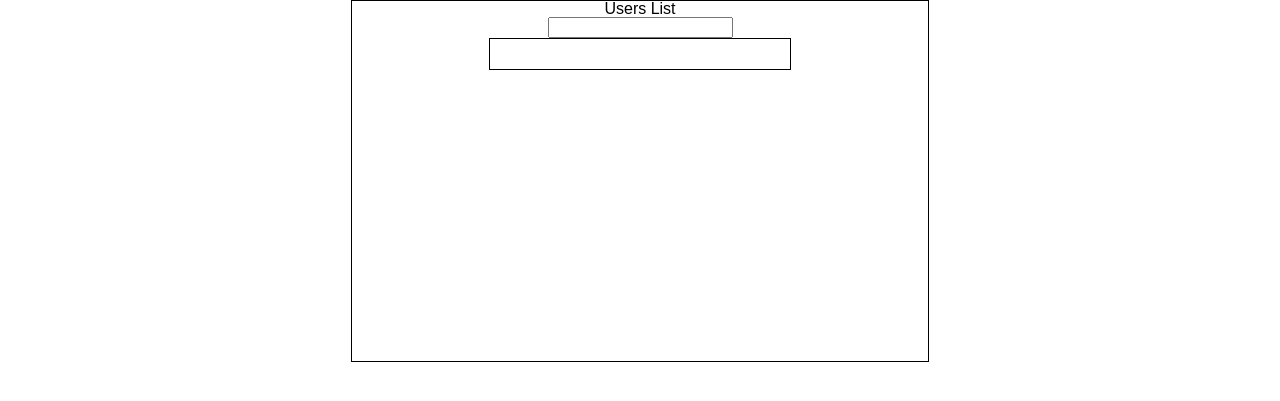
Repository: TomaszBeben/FirstTypescript
Page: /
These files come from the project's save history. The page is drawn as it stood at one moment and after the next save; the edit follows.
The browser window is 1280 px wide. The pictures show the whole page.
The page's requests for data from a server got no answer. The project was rebuilt for these pictures with package versions that can differ from the ones it lists, and the page was loaded fresh each time. No one was signed in, and anything a server would have sent is missing.

Above is the page before, as saved 2021-12-21 12:29:59.

After the next save:
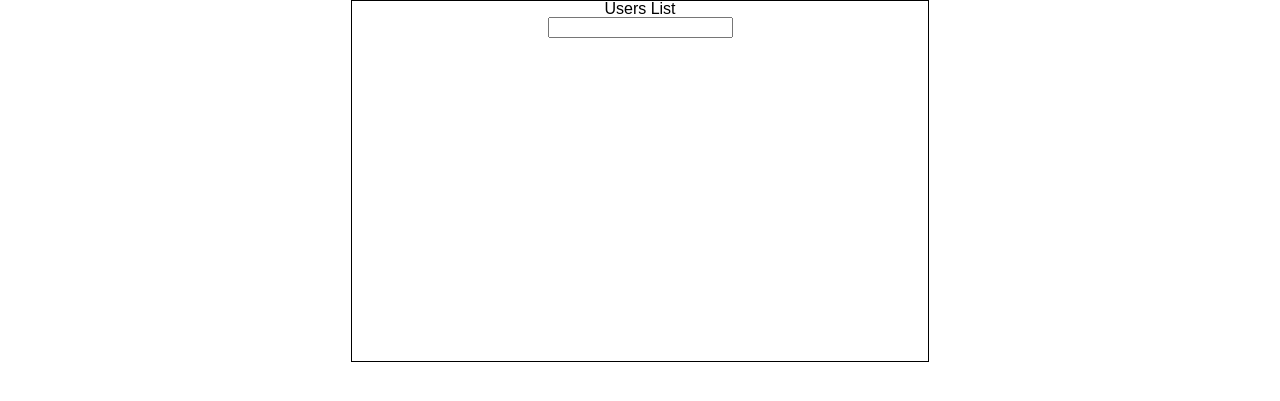
Saved 21 min 1 s later.
--- a/src/App.tsx
+++ b/src/App.tsx
@@ -2,7 +2,7 @@ import React, { FC, useState, useEffect } from 'react'
 import axios from 'axios'
 
 import Header from './components/header/Header'
-import Search from './components/search/Search'
+// import Search from './components/search/Search'
 // import Posts from './components/posts/Posts'
 
 type TUser = {
@@ -21,6 +21,7 @@ const defaultState: TUser[] = [];
 const App: FC = () => {
   const [users, setUsers] = useState < TUser[] > (defaultState)
   const [error, setError] = useState < string > ('')
+  const [search, setSearch] = useState < string > ('')
   console.log(users);
 
   useEffect(() => {
@@ -40,7 +41,8 @@ const App: FC = () => {
   return (
     <div className='App'>
       <Header />
-      <Search />
+      {/* <Search /> */}
+      <input type="text" value={search} />
       {users.map((elem) => {
         return (
           <ul key={elem.id}>
